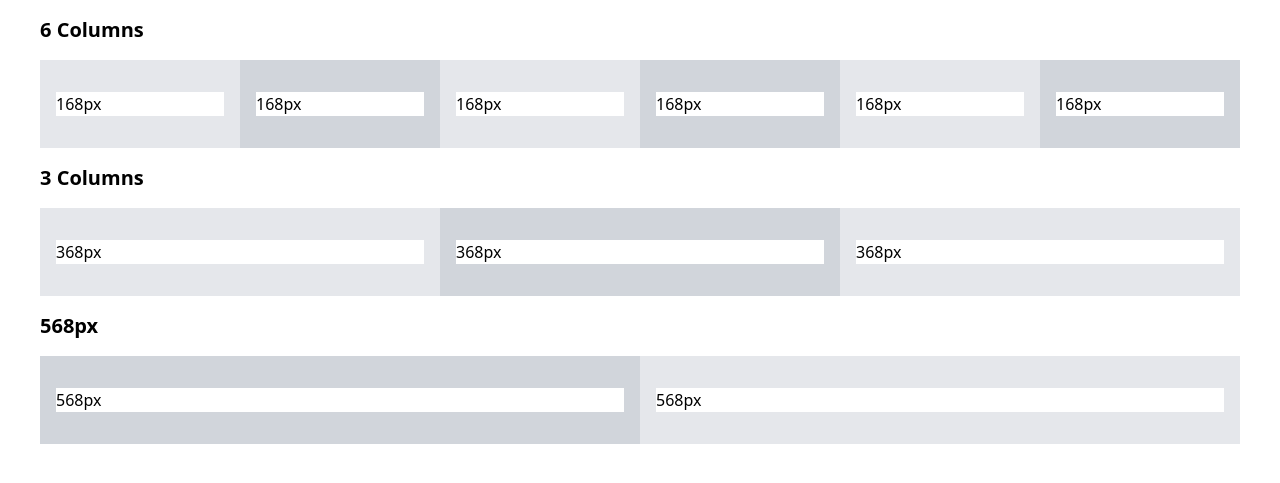
Repository: fabianwurk/vue-tailwind
Page: /
These files come from the project's save history. The page is drawn as it stood at one moment and after the next save; the edit follows.
The browser window is 1280 px wide. The pictures show the whole page.
The project was rebuilt for these pictures with package versions that can differ from the ones it lists, and the page was loaded fresh each time. Also part of the build but not shown: vite.config.js.

Above is the page before, as saved 2021-03-15 23:37:24.

After the next save:
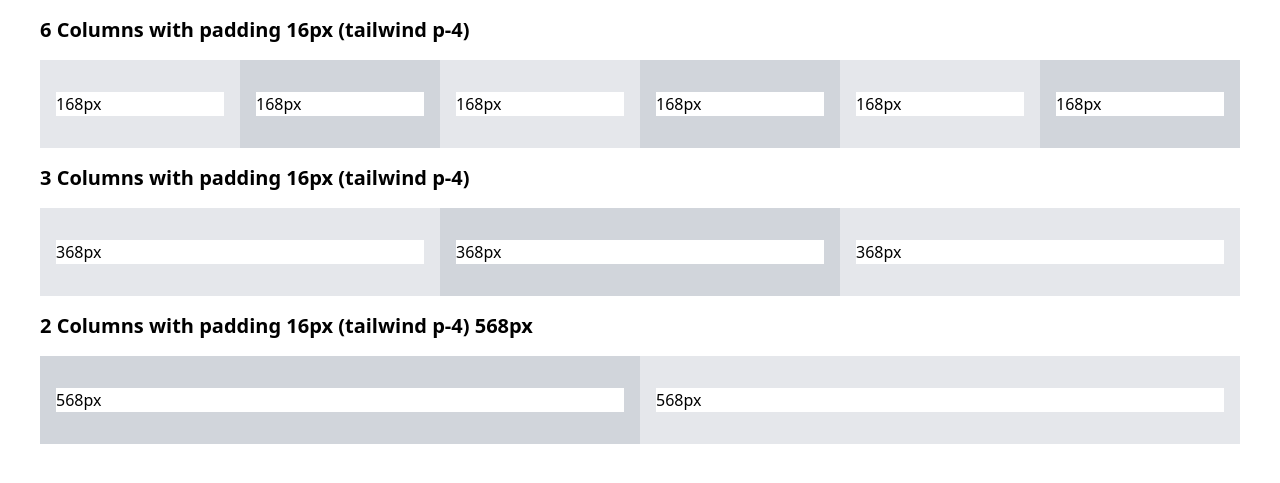
Saved 94 s later.
--- a/src/components/Tail.vue
+++ b/src/components/Tail.vue
@@ -2,7 +2,7 @@
   <div>
 
   <div class="container mx-auto">
-    <h2 class="text-xl font-bold my-4">6 Columns</h2>
+    <h2 class="text-xl font-bold my-4">6 Columns with padding 16px (tailwind p-4) </h2>
     <div class="flex items-center">
       <div class="w-1/6 bg-gray-200 py-8 px-4">
         <span class="bg-white w-full block">{{ sixCol }}</span>
@@ -26,7 +26,7 @@
   </div>
 
   <div class="container mx-auto">
-    <h2 class="text-xl font-bold my-4">3 Columns</h2>
+    <h2 class="text-xl font-bold my-4">3 Columns with padding 16px (tailwind p-4) </h2>
     <div class="flex items-center">
       <div class="w-1/3 bg-gray-200 py-8 px-4">
         <span class="bg-white w-full block">{{ threeCol }}</span>
@@ -41,7 +41,7 @@
   </div>
 
   <div class="container mx-auto">
-    <h2 class="text-xl font-bold my-4">{{ twoCol }}</h2>
+    <h2 class="text-xl font-bold my-4">2 Columns with padding 16px (tailwind p-4) {{ twoCol }}</h2>
     <div class="flex items-center">
       <div class="w-1/2 bg-gray-300 py-8 px-4">
         <span class="bg-white w-full block">{{ twoCol }}</span>
